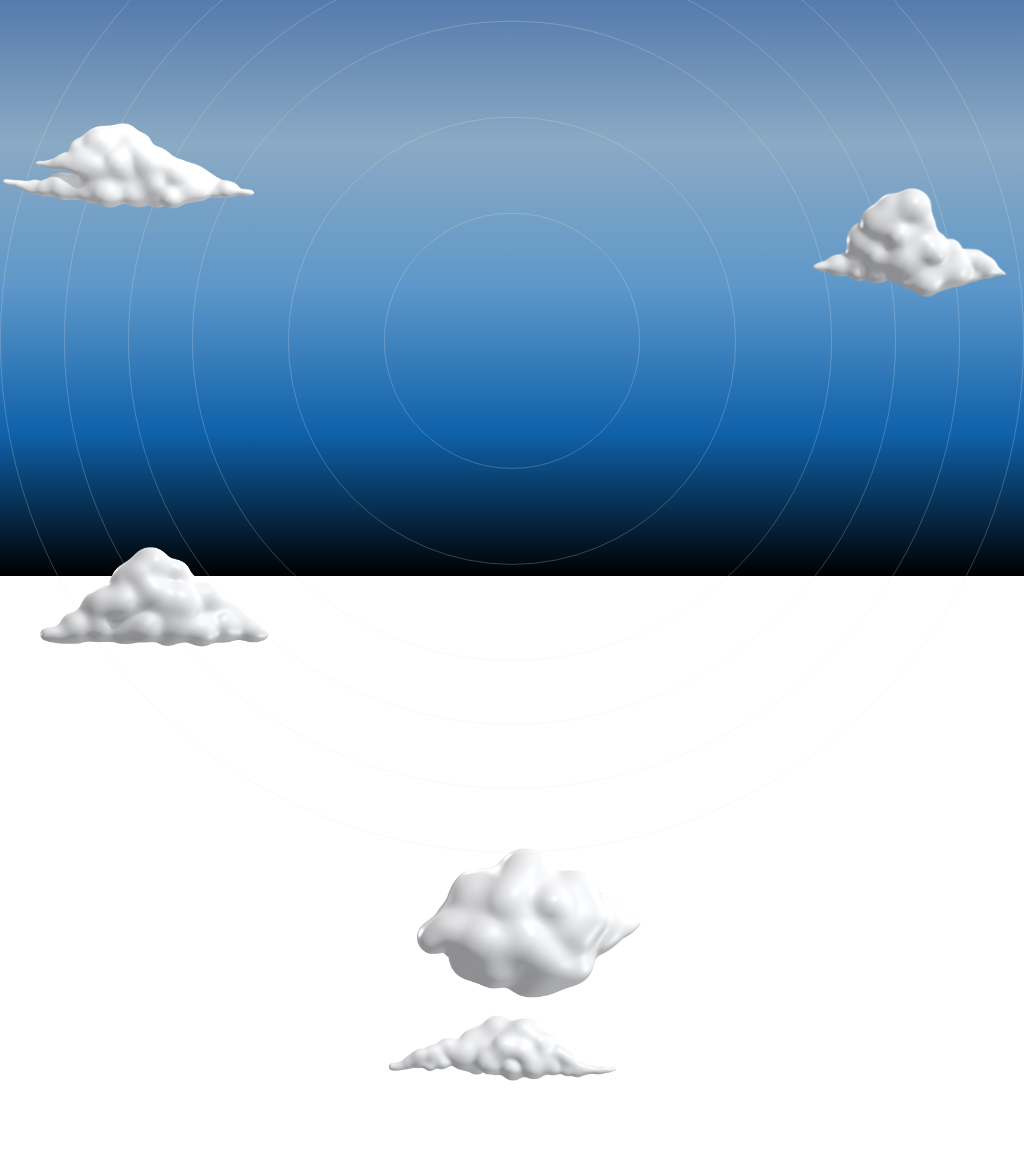
Repository: GG1627/2d-portfolio
Page: /
An editor plug-in stored every save of this project. The page is shown before and after the next save, followed by the edit.
The browser window is 1280 px wide. The pictures show the whole page, at 80% of full size.
The project was rebuilt for these pictures with package versions that can differ from the ones it lists, and the page was loaded fresh each time. The framework's server and built-in components were replaced by stand-ins that run in the browser. Also part of the build but not shown: next.config.ts.

Above is the page before, as saved 2025-01-07 15:27:26.

### app/page.tsx
import Image from "next/image";
import { Hero } from "./components/ui/Hero";

export default function Home() {
  return (
    <div>
      <Hero />
    </div>
  );
}

### app/components/ui/Hero.tsx
"use client";
import Image from "next/image";
import profilepic from "../assets/profilepic.png";
import { TypeAnimation } from "react-type-animation";
import React, { useRef } from "react";
import ParallaxClouds from "./Clouds";

export const Hero = () => {
  const parallaxRef = useRef<HTMLDivElement>(null); // Keeps it flexible

  return (
    <div
      style={{
        background:
          "linear-gradient(180deg, #557BAD, #8BAAC4, #5D97C9, #0F62AB, #000)",
      }}
      className="overflow-x-clip min-h-screen pt-12 flex items-center justify-center"
    >
      <ParallaxClouds />
    </div>
  );
};

### app/components/ui/Clouds.tsx
import React, { useEffect, useState } from "react";
import Cloud1 from "../../assets/cloud1.png";
import Cloud2 from "../../assets/cloud2.png";
import Cloud3 from "../../assets/cloud3.png";
import Cloud4 from "../../assets/cloud4.png";
import Cloud5 from "../../assets/cloud5.png";
import Image from "next/image";
import { Circles } from "./Circles";

const ParallaxClouds = () => {
  const [mousePosition, setMousePosition] = useState({ x: 0, y: 0 });
  const [cloudsPosition, setCloudsPosition] = useState({
    cloud1: { x: 0, y: 0 },
    cloud2: { x: 0, y: 0 },
    cloud3: { x: 0, y: 0 },
    cloud4: { x: 0, y: 0 },
    cloud5: { x: 0, y: 0 },
  });

  // Track mouse position
  const handleMouseMove = (e: MouseEvent) => {
    const { clientX, clientY } = e;
    setMousePosition({ x: clientX, y: clientY });
  };

  // Calculate cloud positions based on mouse position
  useEffect(() => {
    const updateCloudPositions = () => {
      setCloudsPosition({
        cloud1: {
          x: (mousePosition.x - window.innerWidth / 2) * 0.05,
          y: (mousePosition.y - window.innerHeight / 2) * 0.05,
        },
        cloud2: {
          x: (mousePosition.x - window.innerWidth / 2) * 0.1,
          y: (mousePosition.y - window.innerHeight / 2) * 0.1,
        },
        cloud3: {
          x: (mousePosition.x - window.innerWidth / 2) * 0.15,
          y: (mousePosition.y - window.innerHeight / 2) * 0.15,
        },
        cloud4: {
          x: (mousePosition.x - window.innerWidth / 2) * 0.2,
          y: (mousePosition.y - window.innerHeight / 2) * 0.2,
        },
        cloud5: {
          x: (mousePosition.x - window.innerWidth / 2) * 0.25,
          y: (mousePosition.y - window.innerHeight / 2) * 0.25,
        },
      });
    };

    updateCloudPositions();
  }, [mousePosition]); // Update whenever the mouse position changes

  // Add event listener for mouse movement
  useEffect(() => {
    window.addEventListener("mousemove", handleMouseMove);

    // Clean up the event listener
    return () => {
      window.removeEventListener("mousemove", handleMouseMove);
    };
  }, []);

  return (
    <div className="absolute top-[-45%] left-[50%] w-[78rem] -translate-x-1/2 aspect-square">
      <Circles />
      <Image
        src={Cloud1}
        alt="cloud 1"
        className="relative"
        style={{
          left: `calc(0% + ${cloudsPosition.cloud1.x}px)`,
          top: `calc(30% + ${cloudsPosition.cloud1.y}px)`,
          width: "350px", // Make the cloud smaller
          transition: "transform 0.1s ease-out",
        }}
      />
      <Image
        src={Cloud2}
        alt="cloud 2"
        className="relative"
        style={{
          left: `calc(85% + ${cloudsPosition.cloud2.x}px)`,
          top: `calc(15% + ${cloudsPosition.cloud2.y}px)`,
          width: "250px", // Make the cloud smaller
          transition: "transform 0.1s ease-out",
        }}
      />
      <Image
        src={Cloud3}
        alt="cloud 3"
        className="relative"
        style={{
          left: `calc(10% + ${cloudsPosition.cloud3.x}px)`,
          top: `calc(30% + ${cloudsPosition.cloud3.y}px)`,
          width: "300px", // Make the cloud smaller
          transition: "transform 0.1s ease-out",
        }}
      />
      <Image
        src={Cloud4}
        alt="cloud 4"
        className="relative"
        style={{
          left: `calc(50% + ${cloudsPosition.cloud4.x}px)`,
          top: `calc(40% + ${cloudsPosition.cloud4.y}px)`,
          width: "300px", // Make the cloud smaller
          transition: "transform 0.1s ease-out",
        }}
      />
      <Image
        src={Cloud5}
        alt="cloud 5"
        className="relative"
        style={{
          left: `calc(50% + ${cloudsPosition.cloud5.x}px)`,
          top: `calc(30% + ${cloudsPosition.cloud5.y}px)`,
          width: "300px", // Make the cloud smaller

          transition: "transform 0.1s ease-out",
        }}
      />
    </div>
  );
};

export default ParallaxClouds;

### app/components/ui/Circles.tsx
export const Circles = () => {
  return (
    <>
      <div className="aspect-square absolute opacity-30 top-1/2 left-1/2 w-[60rem] border rounded-full -translate-x-1/2 -translate-y-1/2"></div>
      <div className="aspect-square absolute opacity-30 top-1/2 left-1/2 w-[50rem] border rounded-full -translate-x-1/2 -translate-y-1/2"></div>
      <div className="aspect-square absolute opacity-30 top-1/2 left-1/2 w-[35rem] border rounded-full -translate-x-1/2 -translate-y-1/2"></div>
      <div className="aspect-square absolute opacity-30 top-1/2 left-1/2 w-[20rem] border rounded-full -translate-x-1/2 -translate-y-1/2"></div>
      <div className="aspect-square absolute opacity-30 top-1/2 left-1/2 w-[70rem] border rounded-full -translate-x-1/2 -translate-y-1/2"></div>
      <div className="aspect-square absolute opacity-30 top-1/2 left-1/2 w-[80rem] border rounded-full -translate-x-1/2 -translate-y-1/2"></div>
    </>
  );
};

Loaded but not shown: app/layout.tsx (common file); app/globals.css (common file); tailwind.config.ts (common file)

After the next save:
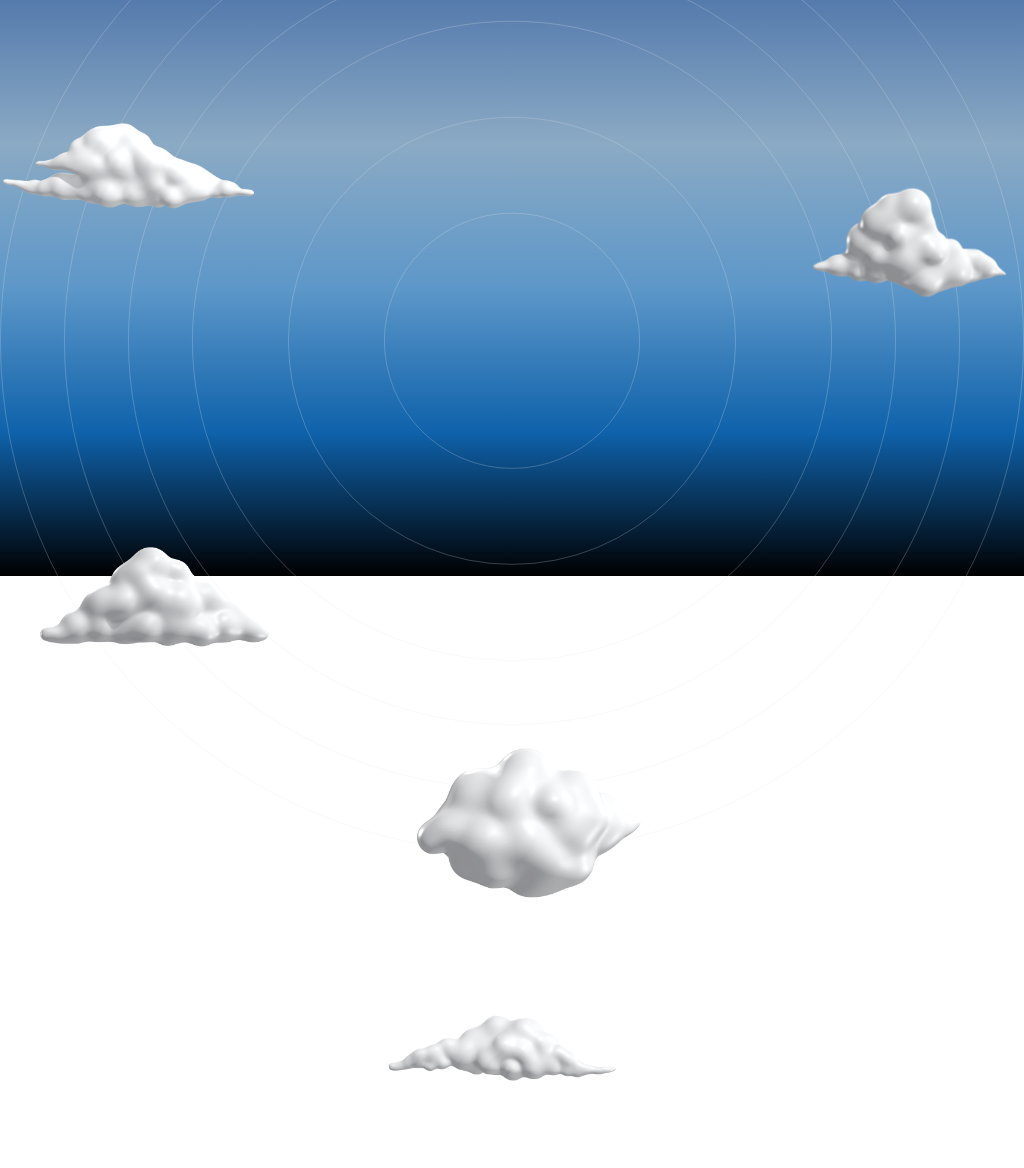
Saved 5 s later.
--- a/app/components/ui/Clouds.tsx
+++ b/app/components/ui/Clouds.tsx
@@ -105,7 +105,7 @@
         className="relative"
         style={{
           left: `calc(50% + ${cloudsPosition.cloud4.x}px)`,
-          top: `calc(40% + ${cloudsPosition.cloud4.y}px)`,
+          top: `calc(30% + ${cloudsPosition.cloud4.y}px)`,
           width: "300px", // Make the cloud smaller
           transition: "transform 0.1s ease-out",
         }}
